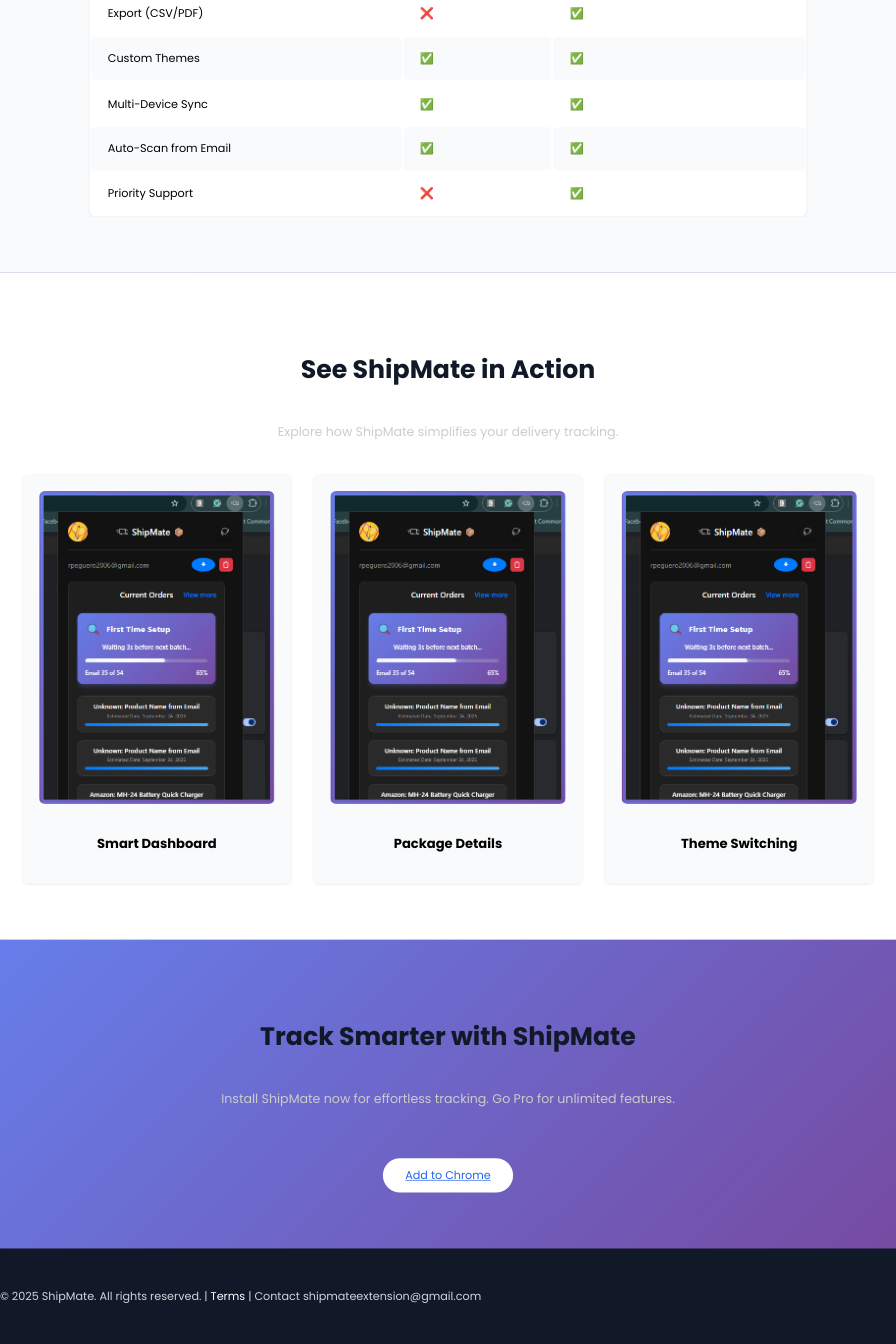
Repository: epeguero8311/shipmate-website
Page: index.html
An editor plug-in stored every save of this project. The page is shown before and after the next save, followed by the edit.
The browser window is 1280 px wide. The pictures show the part of the page from y = 1522 to 3442 px (the page is 3442 px tall before and 3362 px after), at 70% of full size.

Above is the page before, as saved 2025-10-26 20:11:55.

### index.html
<!DOCTYPE html>
<html lang="en">
<head>
  <meta charset="UTF-8" />
  <meta name="viewport" content="width=device-width, initial-scale=1.0" />
  <title>ShipMate – Package Tracking Chrome Extension</title>
  <meta name="description" content="ShipMate lets you track all your packages effortlessly, straight from your Gmail inbox." />
  <link rel="icon" href="assets/icon.png" type="image/png" />
  <link rel="stylesheet" href="styles.css" />
</head>
<body class="body">
  <header class="header">
    <div class="header-container">
      <div class="header-logo-title">
        <h1 class="header-title">ShipMate</h1>
        <img src="assets/icon.png" alt="ShipMate Logo" class="header-logo" />
      </div>
      <p class="header-subtitle">Track your packages effortlessly, straight from your Gmail inbox.</p>
      <a href="https://chromewebstore.google.com/detail/[your-extension-id]" class="btn btn-primary">Get ShipMate Free</a>
    </div>
  </header>

  <section class="section">
    <div class="section-container">
      <h2 class="section-title">Why ShipMate?</h2>
      <p class="section-subtitle">ShipMate transforms package tracking with a clean, intuitive interface, pulling delivery details directly from Gmail.</p>
      <div class="grid">
        <div class="card fade-in">
          <h3 class="card-title">Auto-Tracking</h3>
          <p class="card-text">Instantly pulls tracking info from your Gmail and updates automatically.</p>
        </div>
        <div class="card fade-in">
          <h3 class="card-title">Smart Dashboard</h3>
          <p class="card-text">Organizes “In Progress” packages with powerful sorting and filtering.</p>
        </div>
        <div class="card fade-in">
          <h3 class="card-title">Customizable UI</h3>
          <p class="card-text">Toggle between light and dark modes for a tailored experience.</p>
        </div>
      </div>
    </div>
  </section>

  <section class="section-alt">
    <div class="section-container">
      <h2 class="section-title">Free vs Pro</h2>
      <div class="table-wrapper">
        <table class="table">
          <thead>
            <tr class="table-header">
              <th>Feature</th>
              <th>Free</th>
              <th>Pro ($4.99/mo)</th>
            </tr>
          </thead>
          <tbody>
            <tr><td>Package Tracking Limit</td><td>2 active</td><td>Unlimited</td></tr>
            <tr><td>Details View</td><td>❌</td><td>✅</td></tr>
            <tr><td>Smart ETA</td><td>❌</td><td>✅</td></tr>
            <tr><td>Advanced Filters</td><td>Basic</td><td>Store, Carrier, etc.</td></tr>
            <tr><td>Export (CSV/PDF)</td><td>❌</td><td>✅</td></tr>
            <tr><td>Custom Themes</td><td>✅</td><td>✅</td></tr>
            <tr><td>Multi-Device Sync</td><td>✅</td><td>✅</td></tr>
            <tr><td>Auto-Scan from Email</td><td>✅</td><td>✅</td></tr>
            <tr><td>Priority Support</td><td>❌</td><td>✅</td></tr>
          </tbody>
        </table>
      </div>
    </div>
  </section>

  <section class="section">
    <div class="section-container">
      <h2 class="section-title">See ShipMate in Action</h2>
      <p class="section-subtitle">Explore how ShipMate simplifies your delivery tracking.</p>
      <div class="grid grid-screenshots">
        <div class="card fade-in"><img src="assets/screenshot1.png" class="screenshot-img" alt="Dashboard"><h3>Smart Dashboard</h3></div>
        <div class="card fade-in"><img src="assets/screenshot2.png" class="screenshot-img" alt="Package Details"><h3>Package Details</h3></div>
        <div class="card fade-in"><img src="assets/screenshot3.png" class="screenshot-img" alt="Dark Mode"><h3>Theme Switching</h3></div>
      </div>
    </div>
  </section>

  <section class="cta">
    <div class="cta-container">
      <h2 class="section-title">Track Smarter with ShipMate</h2>
      <p class="section-subtitle">Install ShipMate now for effortless tracking. Go Pro for unlimited features.</p>
      <a href="https://chromewebstore.google.com/detail/[your-extension-id]" class="btn btn-primary">Add to Chrome</a>
    </div>
  </section>

  <footer class="footer">
    <p>&copy; 2025 ShipMate. All rights reserved. | <a href="terms.html">Terms</a> | Contact shipmateextension@gmail.com</p>
  </footer>
</body>
</html>

### styles.css
@import url('https://fonts.googleapis.com/css2?family=Poppins:wght@400;600;700&display=swap');


html {
  scroll-behavior: smooth;
  -ms-overflow-style: none;
  scrollbar-width: none;
}

html::-webkit-scrollbar {
  display: none;
}

body {
  background: linear-gradient(135deg, #667eea 0%, #764ba2 100%);
  margin: 0;
  font-family: 'Poppins', sans-serif;
  -webkit-font-smoothing: antialiased;
}

.header-container {
  max-width: 100%;
  padding: 0 1rem;
  text-align: center;
}

.header {
  background: linear-gradient(135deg, #667eea 0%, #764ba2 100%);
  color: white;
  padding: 4rem 0;
}

.header-logo-title {
  display: flex;
  align-items: center;
  justify-content: center;
  gap: 1rem;
}

.header-logo {
  width: 8%;
  height: 8%;
}

.header-title {
  font-size: 2.25rem;
  font-weight: 800;
  letter-spacing: -0.025em;
  animation: fadeIn 1s forwards;
}

@media (min-width: 768px) {
  .header-title {
    font-size: 3rem;
  }
}

.header-subtitle {
  margin-top: 1rem;
  font-size: 1.125rem;
  color: #DBEAFE;
  max-width: 32rem;
  margin-left: auto;
  margin-right: auto;
}

@media (min-width: 768px) {
  .header-subtitle {
    font-size: 1.25rem;
  }
}

.btn {
  display: inline-block;
  font-weight: 500;
  padding: 0.75rem 2rem;
  border-radius: 9999px;
  transition: all 0.3s ease;
}

.btn-primary {
  background-color: white;
  color: #2563EB;
  margin-top: 1.5rem;
}

.btn-primary:hover {
  transform: scale(1.05);
  background-color: #EFF6FF;
}

.section {
  padding: 5rem 0;
  background-color: white;
}

.section-alt {
  padding: 5rem 0;
  background-color: #F9FAFB;
}

.section-container {
  max-width: 100%;
  padding: 0 1rem;
}

.section-title {
  font-size: 1.875rem;
  font-weight: 700;
  color: #111827;
  text-align: center;
  margin-bottom: 3rem;
  animation: fadeIn 1s forwards;
}

@media (min-width: 768px) {
  .section-title {
    font-size: 2.25rem;
  }
}

.section-subtitle {
  text-align: center;
  color: #cccccc;
  margin-bottom: 3rem;
  max-width: 48rem;
  margin-left: auto;
  margin-right: auto;
  font-size: 1.125rem;
}

.grid {
  display: grid;
  gap: 3rem;
  padding: 0 1rem;
}

@media (min-width: 768px) {
  .grid {
    grid-template-columns: repeat(3, 1fr);
  }
}

.grid-screenshots {
  display: grid;
  gap: 2rem;
  padding: 0 1rem;
}

@media (min-width: 768px) {
  .grid-screenshots {
    grid-template-columns: repeat(3, 1fr);
    grid-template-rows: auto;
  }
}

@media (max-width: 767px) {
  .grid-screenshots {
    grid-template-columns: 1fr;
  }
}

.card {
  text-align: center;
  padding: 1.5rem;
  background-color: #F9FAFB;
  border-radius: 0.5rem;
  box-shadow: 0 1px 3px rgba(0, 0, 0, 0.1);
  transition: transform 0.3s ease;
}

.card:hover {
  transform: scale(1.05);
}

.card-title {
  font-size: 1.25rem;
  font-weight: 600;
  color: #1F2937;
  margin-bottom: 0.75rem;
}

.card-text {
  color: #6B7280;
}

.screenshot-img {
  width: 100%;
  height: auto;
  border-radius: 0.5rem;
  margin-bottom: 1rem;
  border: 2px solid transparent;
  background: linear-gradient(135deg, #667eea 0%, #764ba2 100%);
  padding: 4px;
  box-sizing: border-box;
}

.table-wrapper {
  overflow-x: auto;
  padding: 0 1rem;
}

.table {
width: 100%;
  max-width: 64rem;
  margin-left: auto;
  margin-right: auto;
  background-color: white;
  border-radius: 0.5rem;
  box-shadow: 0 1px 3px rgba(0, 0, 0, 0.1);
}

.table-header {
  background: linear-gradient(135deg, #667eea 0%, #764ba2 100%);
  color: white;
}

.table-cell {
  padding: 1rem 1.5rem;
  text-align: center;
  font-size: 0.875rem;
  font-weight: 500;
}

.table-cell-left {
  padding: 1rem 1.5rem;
  text-align: left;
  font-size: 0.875rem;
  font-weight: 500;
}

.table-body {
  color: #4B5563;
}

.table-row {
  border-bottom: 1px solid #E5E7EB;
}

.table tbody tr {
  height: auto; /* allow flexible row height */
}

.table tbody tr td,
.table tbody tr th {
  padding: 1.2rem 1.5rem; /* more vertical + horizontal padding */
  line-height: 1.5;       /* increase line height for readability */
}

.table tbody tr:not(:last-child) {
  border-bottom: 1px solid #e5e7eb; /* subtle separation between rows */
}

/* Optional: alternating row color for clarity */
.table tbody tr:nth-child(even) {
  background-color: #f9fafc;
}

/* Optional: slightly rounded cells for a modern look */
.table td, .table th {
  border-radius: 6px;
}

.text-center {
  text-align: center;
}

.cta {
  padding: 5rem 0;
  background: linear-gradient(135deg, #667eea 0%, #764ba2 100%);
  color: white;
}

.cta-container {
  max-width: 100%;
  padding: 0 1rem;
  text-align: center;
}

.cta-buttons {
  display: flex;
  flex-direction: column;
  justify-content: center;
  gap: 1.5rem;
}

@media (min-width: 640px) {
  .cta-buttons {
    flex-direction: row;
  }
}

.btn-secondary {
  background-color: #FBBF24;
  color: #1E3A8A;
}

.btn-secondary:hover {
  transform: scale(1.05);
  background-color: #FCD34D;
}

.footer {
  padding: 2.5rem 0;
  background-color: #111827;
  color: #D1D5DB;
}

.footer-container {
  max-width: 100%;
  padding: 0 1rem;
  text-align: center;
}

.footer-link {
  margin-top: 0.5rem;
}
.footer a {
  color: white;
  text-decoration: none;
}
.link {
  text-decoration: underline;
  color: #D1D5DB;
}

.link:hover {
  color: white;
}

.fade-in {
  opacity: 0;
  animation: fadeIn 1s forwards;
}

@keyframes fadeIn {
  to { opacity: 1; }
}

After the next save:
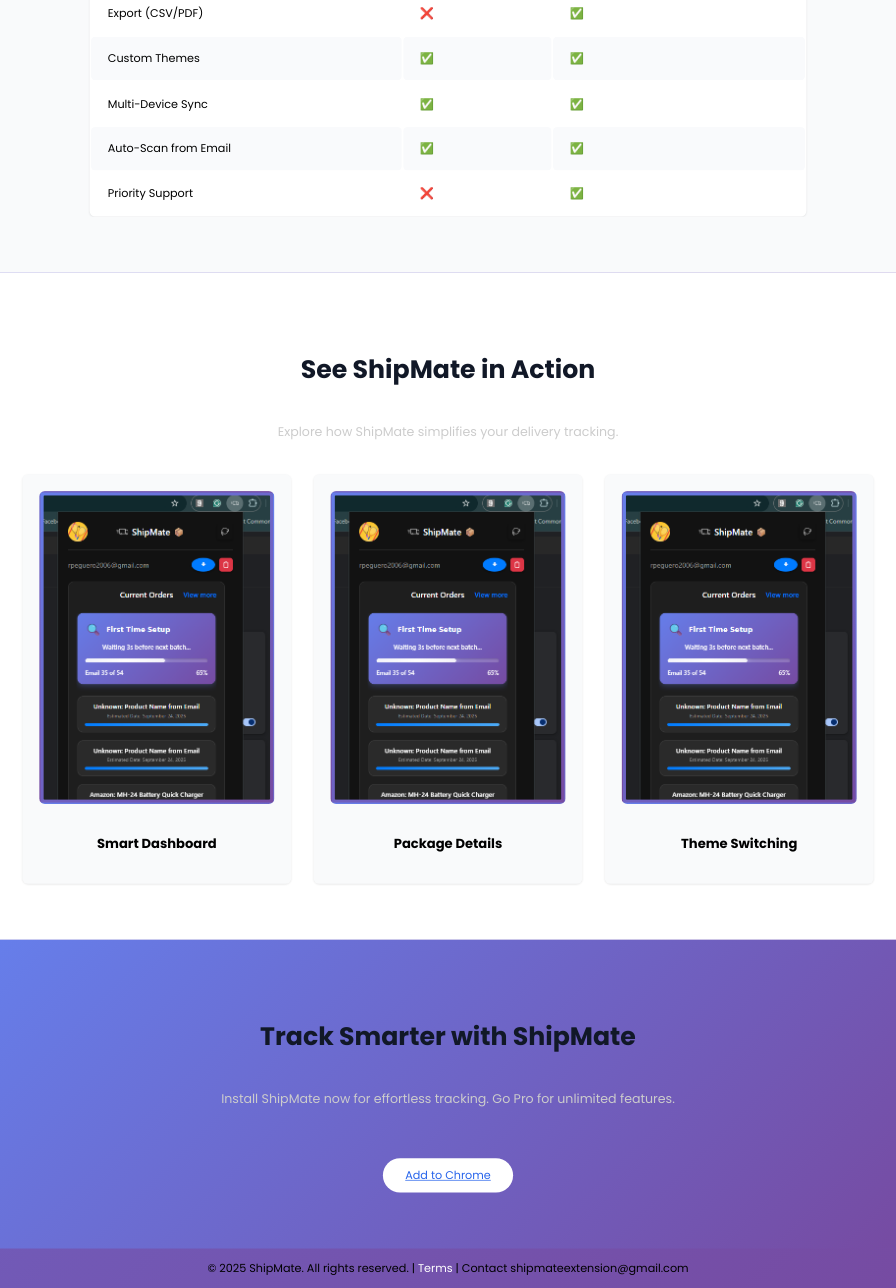
Saved 30 s later.
--- a/styles.css
+++ b/styles.css
@@ -301,9 +301,10 @@
 }
 
 .footer {
-  padding: 2.5rem 0;
-  background-color: #111827;
-  color: #D1D5DB;
+  display: flex;
+  justify-content: center;
+  align-items: center;
+  flex-direction: column;
 }
 
 .footer-container {
